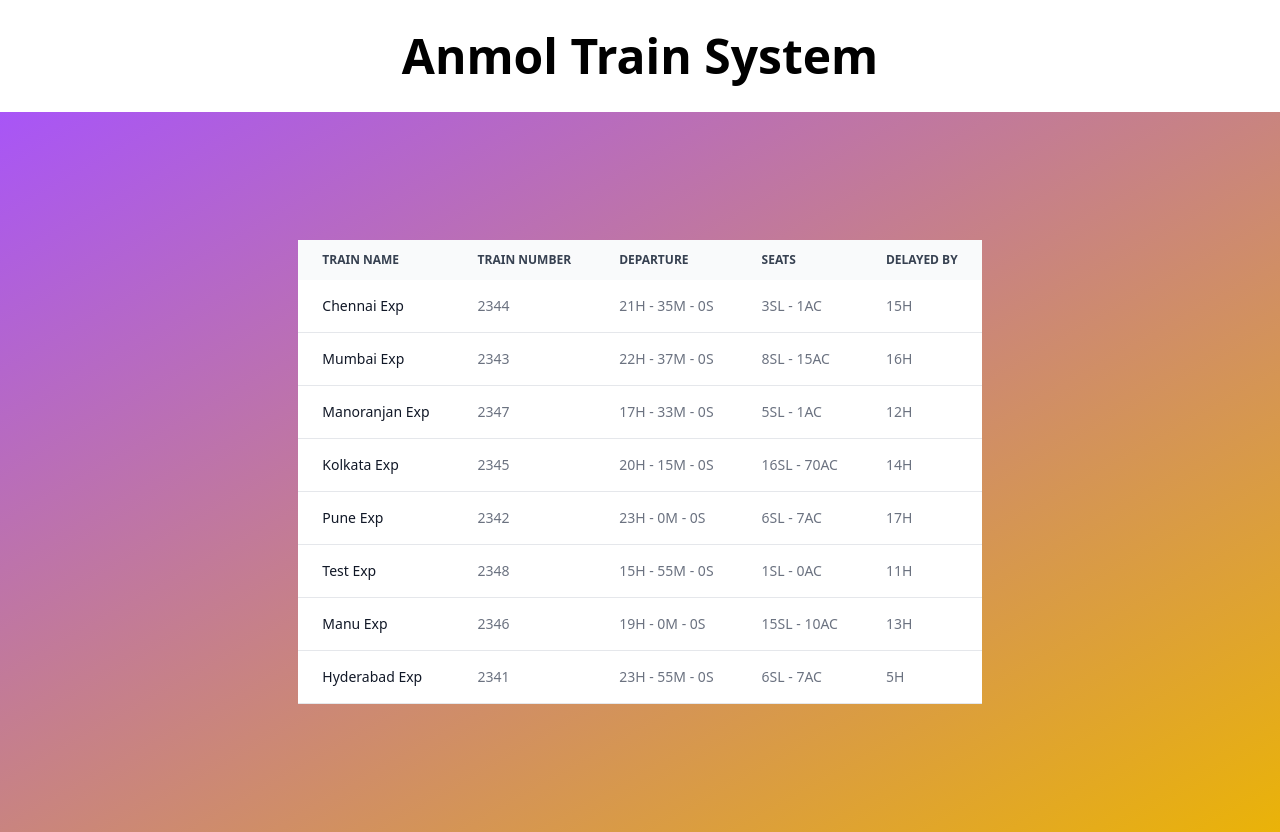
Repository: theanmol-raj/2010080029
Page: /
These files come from the project's save history. The page is drawn as it stood at one moment and after the next save; the edit follows.
The browser window is 1280 px wide. The pictures show the whole page.
The page's requests for data from a server got no answer. The project was rebuilt for these pictures with package versions that can differ from the ones it lists, and the page was loaded fresh each time. No one was signed in, and anything a server would have sent is missing. Also part of the build but not shown: src/components/IndividualTrainINfo.jsx.

Above is the page before, as saved 2023-04-29 21:16:38.

After the next save:
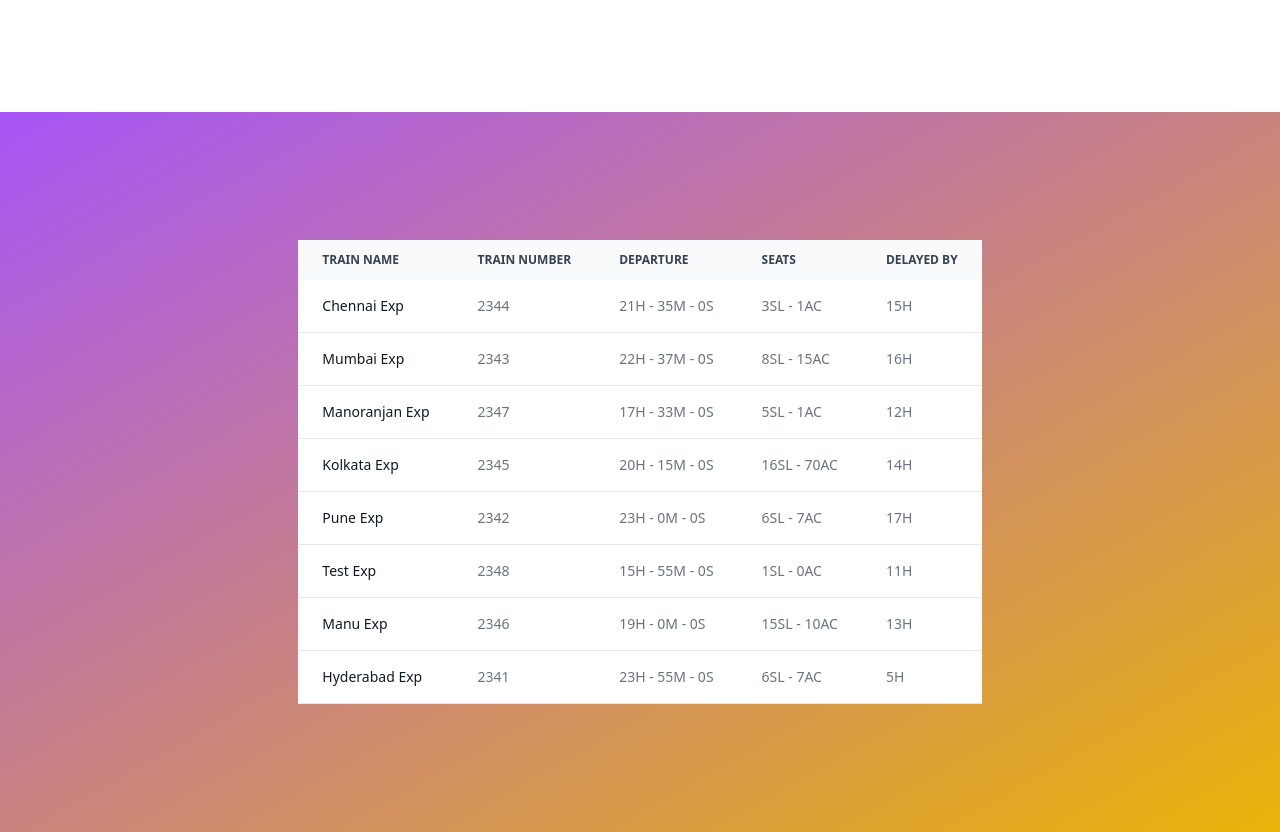
Saved 5 s later.
--- a/src/App.js
+++ b/src/App.js
@@ -91,7 +91,7 @@
 
   return (
     <div className="">
-    <h1 className=" text-center text-5xl py-8 font-extrabold">Anmol Train System</h1>
+    <h1 className=" text-center text-5xl py-8 font-extrabold text-white">Anmol Train System</h1>
       <Routes>
         <Route path="/" element={<TrainINfo setter={setter} data={data} />} />
         <Route path="/:id" element = {<IndividualTrainINfo data ={data}/>}/>
